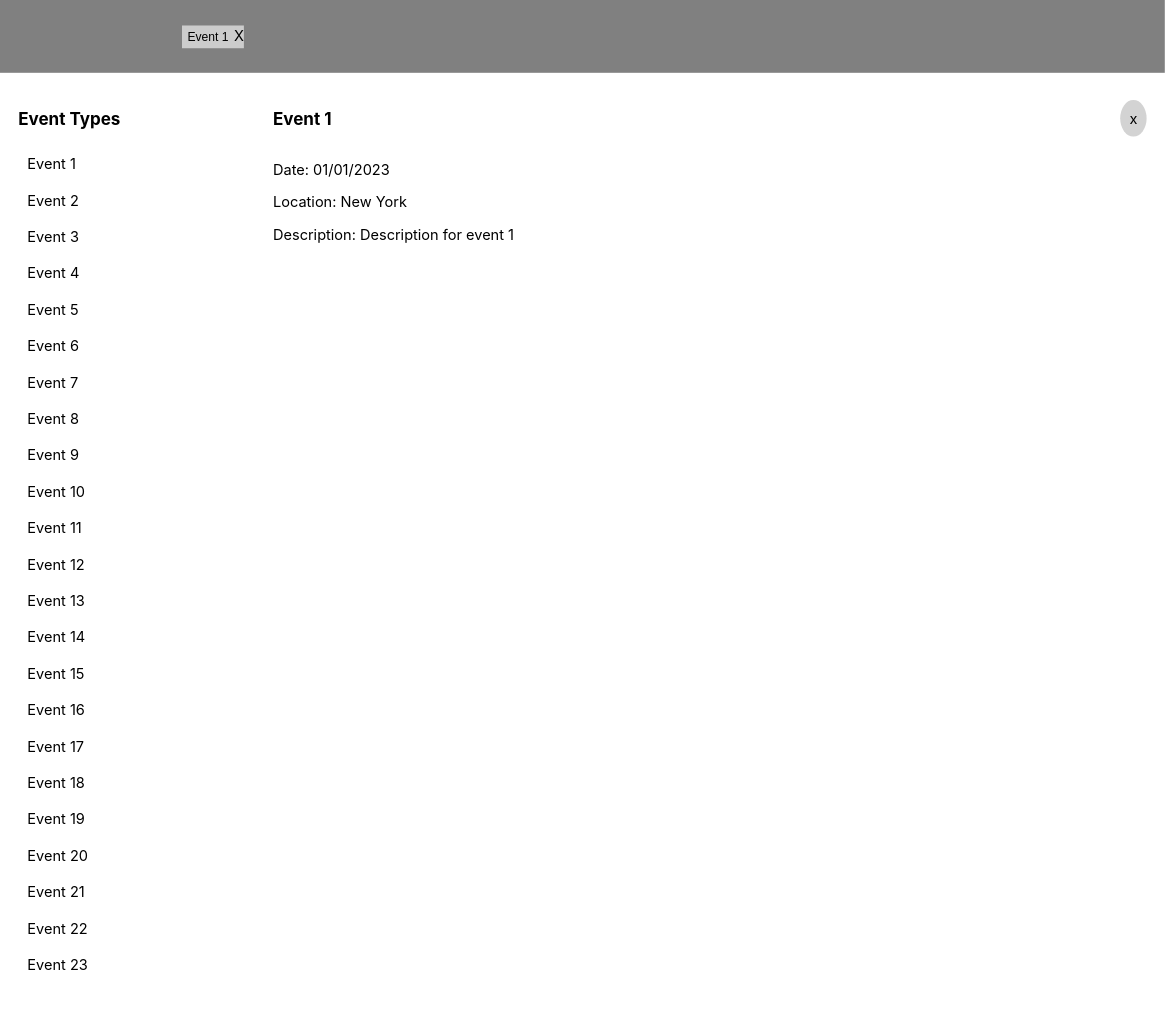
Repository: TauqeerHusain/Assignment
Page: /, after clicking the first element matching `li`
The author's editor kept a copy of each file at every save. The page is drawn from the files as they stood at one save, then again after the next save.
The browser window is 1280 px wide. The pictures show the whole page, at 91% of full size.
The project was rebuilt for these pictures with package versions that can differ from the ones it lists, and the page was loaded fresh each time.

Above is the page before, as saved 2023-02-06 22:53:26.

### src/App.js
import React, { useState } from "react";

const events = [
  {
    name: "Event 1",
    date: "01/01/2023",
    location: "New York",
    description: "Description for event 1",
  },
  {
    name: "Event 2",
    date: "02/01/2023",
    location: "Los Angeles",
    description: "Description for event 2",
  },
  {
    name: "Event 3",
    date: "03/01/2023",
    location: "Chicago",
    description: "Description for event 3",
  },
  {
    name: "Event 4",
    date: "04/01/2023",
    location: "Houston",
    description: "Description for event 4",
  },
  {
    name: "Event 5",
    date: "01/02/2023",
    location: "India",
    description: "Description for event 5",
  },
  {
    name: "Event 6",
    date: "01/08/2023",
    location: "Pakistan",
    description: "Description for event 6",
  },
  {
    name: "Event 7",
    date: "01/01/2023",
    location: "New York",
    description: "Description for event 7",
  },
  {
    name: "Event 8",
    date: "06/01/2023",
    location: "New York",
    description: "Description for event 8",
  },
  {
    name: "Event 9",
    date: "09/01/2023",
    location: "New York",
    description: "Description for event 9",
  },
  {
    name: "Event 10",
    date: "01/01/2023",
    location: "New York",
    description: "Description for event 10",
  },
  {
    name: "Event 11",
    date: "01/01/2023",
    location: "New York",
    description: "Description for event 11",
  },
  {
    name: "Event 12",
    date: "01/01/2023",
    location: "New York",
    description: "Description for event 12",
  },
  {
    name: "Event 13",
    date: "01/01/2023",
    location: "New York",
    description: "Description for event 13",
  },
  {
    name: "Event 14",
    date: "01/01/2023",
    location: "New York",
    description: "Description for event 14",
  },
  {
    name: "Event 15",
    date: "01/01/2023",
    location: "New York",
    description: "Description for event 15",
  },
  {
    name: "Event 16",
    date: "01/01/2023",
    location: "New York",
    description: "Description for event 16",
  },
  {
    name: "Event 17",
    date: "01/01/2023",
    location: "New York",
    description: "Description for event 17",
  },
  {
    name: "Event 18",
    date: "01/01/2023",
    location: "New York",
    description: "Description for event 18",
  },
  {
    name: "Event 19",
    date: "01/01/2023",
    location: "New York",
    description: "Description for event 19",
  },
  {
    name: "Event 20",
    date: "01/01/2023",
    location: "New York",
    description: "Description for event 20",
  },
  {
    name: "Event 21",
    date: "01/01/2023",
    location: "New York",
    description: "Description for event 21",
  },
  {
    name: "Event 22",
    date: "01/01/2023",
    location: "New York",
    description: "Description for event 22",
  },
  {
    name: "Event 23",
    date: "01/01/2023",
    location: "New York",
    description: "Description for event 23",
  },
];

const App = () => {
  const [openTabs, setOpenTabs] = useState([]);
  const [activeTabId, setActiveTabId] = useState("");

  const [selectedEvent, setSelectedEvent] = useState(null);

  const handleCloseTab = () => {
    setSelectedEvent(null);
  };

  return (
    <>
      <nav>
        <div
          style={{
            paddingLeft: 200,
            height: 80,
            background: "gray",
            display: "flex",
            columnGap: 30,
            alignItems: "center",
          }}
        >
          {openTabs.map((item) => (
            <div style={{ backgroundColor: "#ccc" }}>
              <button
                style={{
                  height: 25,
                  background: "transparent",
                  border: 0,
                  margin: 0,
                }}
                onClick={() => {}}
              >
                {item}
              </button>
              <span>X</span>
            </div>
          ))}
        </div>
      </nav>
      <div style={{ display: "flex" }}>
        <div style={{ width: "20%", padding: "20px" }}>
          <h3>Event Types</h3>
          <ul style={{ listStyleType: "none", padding: 0 }}>
            {events.map((event) => (
              <li
                key={event.name}
                style={{ padding: "10px", cursor: "pointer" }}
                onClick={() => {
                  setOpenTabs((prev) =>
                    prev.length > 0 ? [...prev, event.name] : [event.name]
                  );
                  setSelectedEvent(event);
                }}
              >
                {event.name}
              </li>
            ))}
          </ul>
        </div>
        {selectedEvent && (
          <div style={{ width: "80%", padding: "20px" }}>
            <div
              style={{
                display: "flex",
                justifyContent: "space-between",
                alignItems: "center",
              }}
            >
              <h3>{selectedEvent.name}</h3>
              <div
                style={{
                  display: "inline-block",
                  padding: "10px",
                  backgroundColor: "lightgray",
                  borderRadius: "50%",
                  cursor: "pointer",
                }}
                onClick={handleCloseTab}
                onMouseEnter={() => {
                  console.log("Mouse entered");
                }}
                onMouseLeave={() => {
                  console.log("Mouse left");
                }}
              >
                x
              </div>
            </div>
            <p>Date: {selectedEvent.date}</p>
            <p>Location: {selectedEvent.location}</p>
            <p>Description: {selectedEvent.description}</p>
          </div>
        )}
      </div>
    </>
  );
};

export default App;

Loaded but not shown: public/index.html (common file); src/index.js (common file); src/index.css (common file); src/reportWebVitals.js (common file)

After the next save:
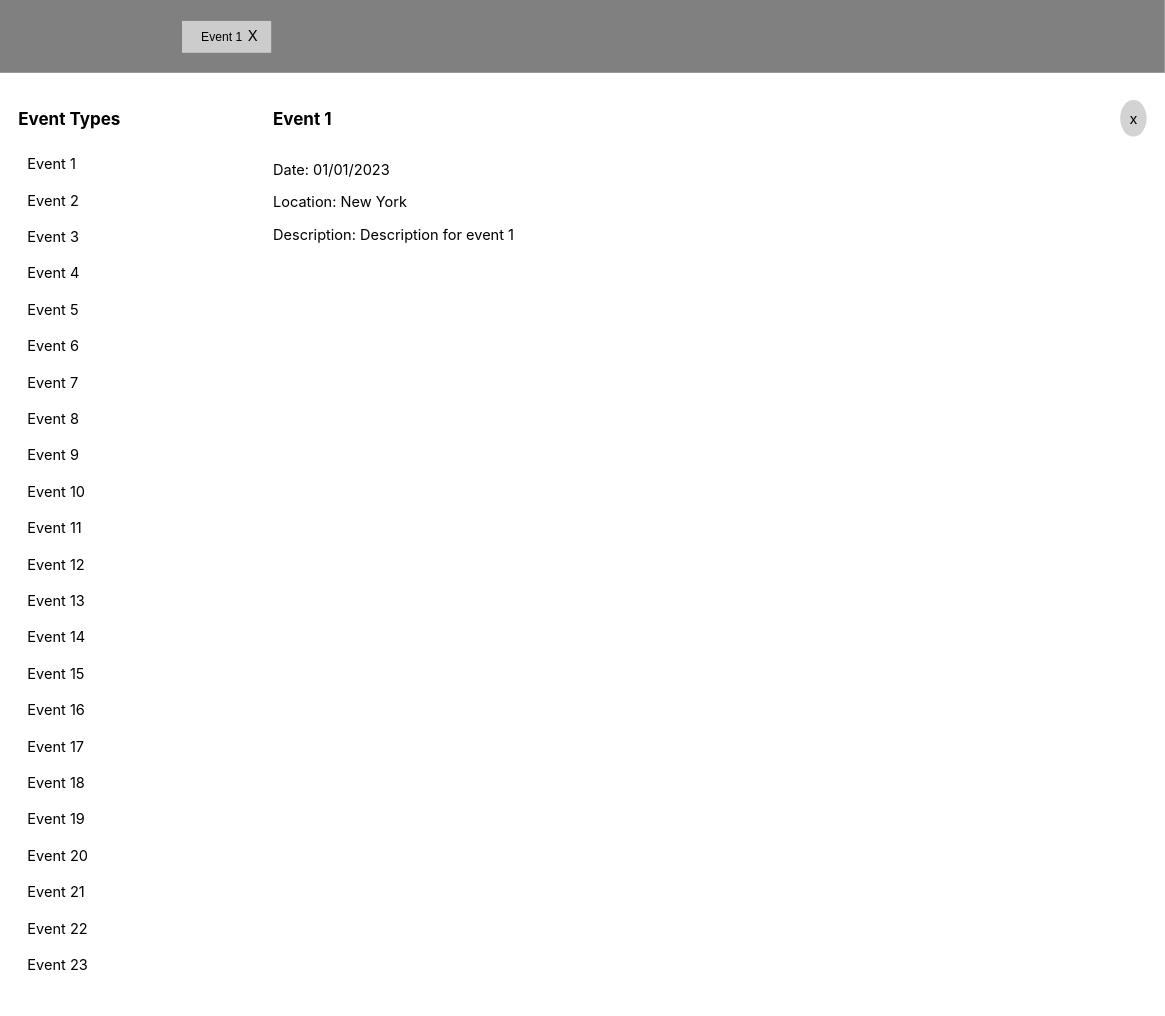
Saved 18 s later.
--- a/src/App.js
+++ b/src/App.js
@@ -165,7 +165,7 @@ const App = () => {
           }}
         >
           {openTabs.map((item) => (
-            <div style={{ backgroundColor: "#ccc" }}>
+            <div style={{ backgroundColor: "#ccc", padding: "5px 15px" }}>
               <button
                 style={{
                   height: 25,
